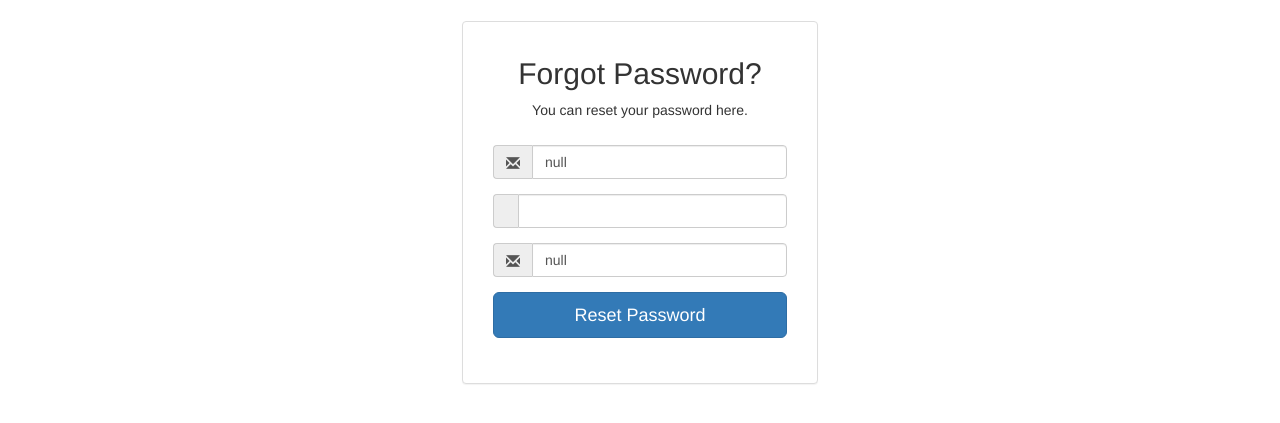
Repository: jayakumar721/projects
Page: http://localhost/TestEngine/reset.jsp
The author's editor kept a copy of each file at every save. The page is drawn from the files as they stood at one save, then again after the next save.
The browser window is 1280 px wide. The pictures show the whole page.
Some web libraries are served in a nearby version. The page is served by Tomcat 9. Other server files are loaded and not shown.

Above is the page before, as saved 2017-11-27 06:58:06.

### TestEngine/WebContent/reset.jsp
<%@ page language="java" contentType="text/html; charset=UTF-8"
    pageEncoding="UTF-8"%>
<!DOCTYPE html PUBLIC "-//W3C//DTD HTML 4.01 Transitional//EN" "http://www.w3.org/TR/html4/loose.dtd">
<html>
<head>
<meta http-equiv="Content-Type" content="text/html; charset=UTF-8">
<title>reset</title>
<link rel="stylesheet"
	href="https://maxcdn.bootstrapcdn.com/bootstrap/3.3.7/css/bootstrap.min.css">

<!-- jQuery library -->
<script
	src="https://ajax.googleapis.com/ajax/libs/jquery/3.2.1/jquery.min.js"></script>
<script src="vendor/jquery-validation/dist/jquery.validate.min.js"></script>

<!-- Latest compiled JavaScript -->
<script
	src="https://maxcdn.bootstrapcdn.com/bootstrap/3.3.7/js/bootstrap.min.js"></script>

<style type="text/css">
.container {
	padding: 20px;
	border-radius: 10px;
	position: absolute;
	border: 1px solid #fff;
	margin: auto;
	top: 0;
	right: 0;
	bottom: 0;
	left: 0;
}
</style>
</head>
<body>
<div class="form-gap"></div>
	<div class="container">
		<div class="row">
			<div class="col-md-4 col-md-offset-4">
				<div class="panel panel-default">
					<div class="panel-body">
						<div class="text-center">
							<h3>
								<i class="fa fa-lock fa-4x"></i>
							</h3>
							<h2 class="text-center">Forgot Password?</h2>
							<p>You can reset your password here.</p>
							<div class="panel-body">

								<form id="register-form" role="form" autocomplete="off" action="UserValidateServlet"
									class="form" method="post">

									<div class="form-group">
										<div class="input-group">
											<span class="input-group-addon"><i
												class="glyphicon glyphicon-envelope color-blue"></i></span> <input
												id="email" name="email" value="<%=session.getAttribute("email") %>"
												class="form-control" type="email">
										</div>
									</div>
									<div class="form-group">
										<div class="input-group">
											<span class="input-group-addon"><i
												class="glyphicon glyphicon-password color-blue"></i></span> <input
												id="email" name="email"
												class="form-control" type="password">
										</div>
									</div>
									<div class="form-group">
										<div class="input-group">
											<span class="input-group-addon"><i
												class="glyphicon glyphicon-envelope color-blue"></i></span> <input
												id="email" name="email" value="<%=session.getAttribute("email") %>"
												class="form-control" type="email">
										</div>
									</div>
									<div class="form-group">
										<input name="recover-submit"
											class="btn btn-lg btn-primary btn-block"
											value="Reset Password" type="submit">
									</div>

									<input type="hidden" class="hide" name="token" id="token"
										value="forgot">
								</form>

							</div>
						</div>
					</div>
				</div>
			</div>
		</div>
	</div>
</body>
</html>

After the next save:
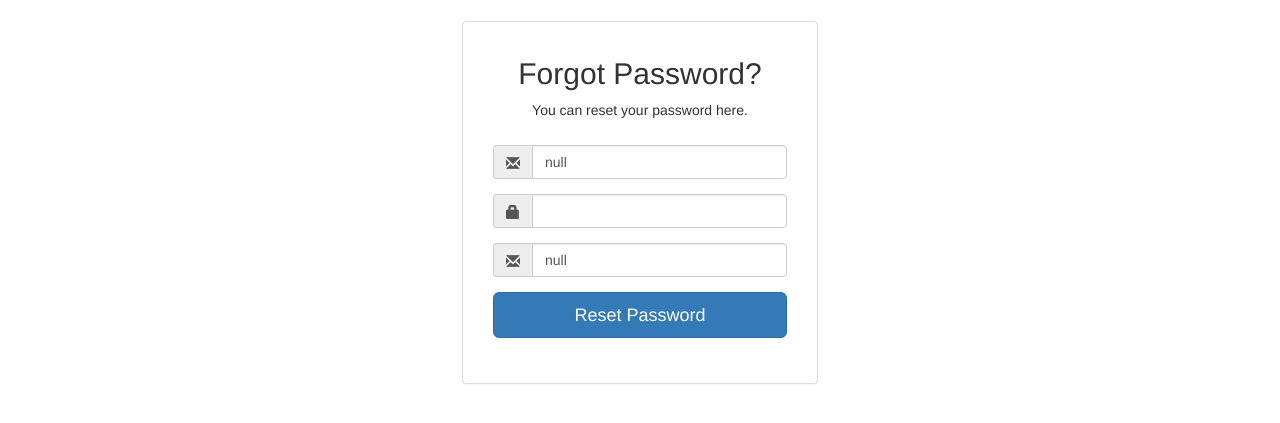
Saved 23 s later.
--- a/TestEngine/WebContent/reset.jsp
+++ b/TestEngine/WebContent/reset.jsp
@@ -60,7 +60,7 @@
 									<div class="form-group">
 										<div class="input-group">
 											<span class="input-group-addon"><i
-												class="glyphicon glyphicon-password color-blue"></i></span> <input
+												class="glyphicon glyphicon-lock color-blue"></i></span> <input
 												id="email" name="email"
 												class="form-control" type="password">
 										</div>
